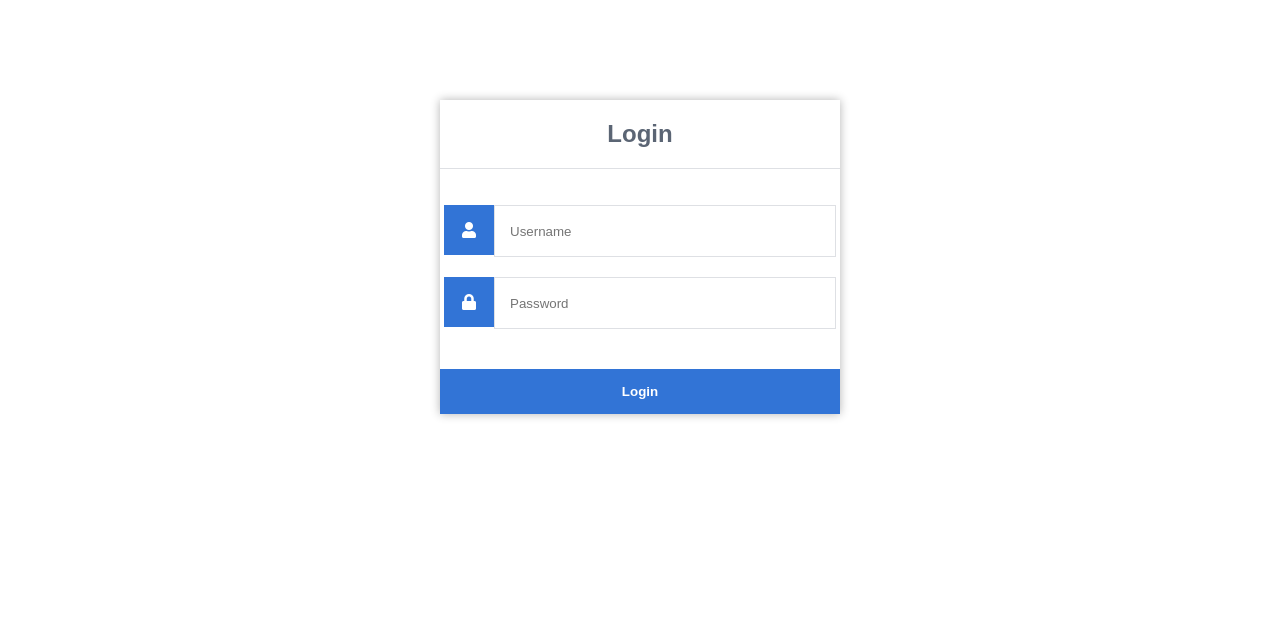
Repository: fab5052/the_district_Site
Page: SignIn.html
An editor plug-in stored every save of this project. The page is shown before and after the next save, followed by the edit.
The browser window is 1280 px wide. The pictures show the whole page.

Above is the page before, as saved 2024-03-20 21:58:26.

### SignIn.html
<!DOCTYPE html>
<html lang="en">
<head>
    <meta charset="UTF-8">
    <meta name="viewport" content="width=device-width, initial-scale=1.0">
    <title>Document</title>

  <!-- Bootstrap core CSS -->


    <link rel="stylesheet" href="https://use.fontawesome.com/releases/v5.7.1/css/all.css">
<link rel="stylesheet" href="assets/css/nav.css">

</head>

<body>

 <!--   <header>



        <nav>

          <a href="index.html" class="nav-icon" aria-label="homepage" aria-current="page">
        <span ><img  class="Logo" src="assets/img/images_the_district/the_district_brand/logo_transparent.png"></img>

          </a>

          <div class="main-navlinks">
            <bouton type="button" class=" toggle " aria-label="Toggle Navigation" aria-expanded="false">
              <span></span>
              <span></span>
              <span></span>

              </button>



          </div>
          <div class="navlinks-container d-flex  ">

            <h3><a class="nav-link " href="index.html" aria-current="page">Accueil</a></h3>
            <h3><a class="nav-link" href="categories.html">Catégories</a></h3>
            <h3><a class="nav-link" href="plat.html">Plats</a></h3>
            <h3><a class="nav-link" href="contact.html">Contact</a></h3>

          </div>





           <!-- <input class="form-control mr-2 width: 65px height: 25px text-left" type="search" placeholder="recherche..."
              aria-label="Search"
              style=" opacity: 0.75; box-shadow: 2px 2px 10px 2px rgba(49, 34, 34, 0.9) inset; border: 1px #403737 solid; border-right: 1px #0f0d0d89 solid; text-align: center; font-size: 20px; font-family: Calibri; letter-spacing: 2px">

            <button class="btn btn-outline-secondary" type="submit"> <svg xmlns="http://www.w3.org/2000/svg" width="16"
                height="16" fill="currentColor" class="bi bi-search" viewBox="0 0 16 16"
                style="transform: translateY(-15%) ">
                <path
                  d="M11.742 10.344a6.5 6.5 0 1 0-1.397 1.398h-.001q.044.06.098.115l3.85 3.85a1 1 0 0 0 1.415-1.414l-3.85-3.85a1 1 0 0 0-.115-.1zM12 6.5a5.5 5.5 0 1 1-11 0 5.5 5.5 0 0 1 11 0" />
              </svg>
            </button>
          </form>--




          <div class="nav-authentication col-2 d-flex   ">
    <div class="shopping mx-0" >
          <a href="#">  <h3><i class="fa fa-shopping-cart red "></i> <span class="badge badge-red">0</span></h3></a>

    </div>
         <div class="sign-btns  ">    <a href="SignIn.html">
     <h3> <img src="assets/img/user.svg" class="user-toggler" aria-label="Sign in page" alt="user icon">

             <i class="fa fa-sign-in" aria-hidden="true"></i></h3></a>
            </div>



              <form  class="search" id="search" action="results.php" method="GET" accept-charset="utf-8">
              <input type="text" name="input" class="input" placeholder="Search" />
              <button type="reset" class="search " id="search-button">
              </form>
            </button>


          </div>




        </nav>
      </header>



      <div class="parallax">



        <main class="main-content">


          <h1 class="pt-4 top-45">
            <i class="neon-red">Créer</i>
            <i class="neon-blue">Compte</i>
          </h1>-->

          <div class="login">
            <h1>Login</h1>
            <form action="authentication.php" method="post">
              <label for="username">
                <i class="fas fa-user"></i>
              </label>
              <input type="text" name="username" placeholder="Username" id="username" required>
              <label for="password">
                <i class="fas fa-lock"></i>
              </label>
              <input type="password" name="password" placeholder="Password" id="password" required>
              <input type="submit" value="Login">
            </form>


          <!--<div id="stage" class="fade-in-forward" style="opacity: 1;"><div>
            <div class="card">
              <header class="mb-8">
                    <h1 id="fxa-enter-email-header" class="card-header">
                      Saisissez votre adresse e-mail
                      <span class="block text-sm font-body font-normal mt-1" id="subheader">
                          <!L10N: For languages structured like English, the phrase can read "to continue to %(serviceName)s" -->
                          <!-- Continuer vers MDN Plus
                      </span>
                    </h1>
              </header>

              <section>
                <div class="error"></div>
                <div class="success"></div>


                <form novalidate="">
                  <div class="tooltip-container">
                    <input name="email" type="email" class="input-text tooltip-below invalid" autofocus="" placeholder="Saisissez votre adresse e-mail" aria-invalid="true" aria-describedby="error-tooltip-1023">
                  <aside id="error-tooltip-1023" class="tooltip tooltip-below fade-up-tt" style="top: 62px;">Adresse e-mail valide requise</aside></div>

                  <div class="flex mt-5">
                    <button id="submit-btn" type="submit" class="cta-primary cta-xl">
                      S’inscrire ou se connecter
                    </button>
                  </div>
                </form>

                  <aside class="third-party-auth">
              <div class="separator">ou</div>

              https://accounts-static.cdn.mozilla.net/images/third_party_auth/37f16dcb.apple_btn_normal.svg <button id="google-login-button" class="button login-button"><span class="google-logo"></span>Continuer avec Google</button>
                <button id="apple-login-button" class="button login-button"><span class="apple-logo"></span>Continuer avec Apple</button>
            </aside>


                <div class="text-xs text-grey-500 mb-0 mt-5">
                      En continuant, vous acceptez les <a class="link-grey" id="fxa-tos" href="/legal/terms">Conditions d’utilisation</a> et la <a class="link-grey" id="fxa-pp" href="/legal/privacy">Politique de confidentialité</a>.
                </div>

              </section>
            </div>
            </div></div>


          <form  id="form1 "  >

    <article class="pad ">

        <div class="inner">
      <div class="list-pad">


        <fieldset>
        <label class="name">
          <input type="text" value="Enter Name:">
          <span class="error">*This is not a valid name.</span> <span class="empty">*This field is required.</span> </label><br>
        <label class="email">
          <input type="email" value="Enter Email:">
          <span class="error">*This is not a valid email address.</span> <span class="empty">*This field is required.</span> </label><br>
        <label class="state notRequired">
          <input type="text" value="Enter Your State:">
          <span class="error">*This is not a valid state name.</span> <span class="empty">*This field is required.</span> </label><br>
        <label class="phone">
          <input type="tel" value="Enter Phone:">
          <span class="error">*This is not a valid phone number.</span> <span class="empty">*This field is required.</span> </label><br>
        <label class="fax">
          <input type="tel" value="Enter Fax:">
          <span class="error">*This is not a valid fax number.</span> <span class="empty">*This field is required.</span> </label><br>
        <label class="message">
          <textarea>Enter Message:</textarea>
          <span class="error">*The message is too short.</span> <span class="empty">*This field is required.</span> </label><br>
        <br class="clear">
        <div class="btns"><a href="#" class="button" data-type="reset">Clear</a><a href="#" class="button" data-type="submit">Submit</a></div>
        </fieldset>
      </form>
</div>
        </div>
      </article>
    </div>





    <script src="toggle.js"></script>
    <script src="script.js"></script>-->



</body>
</html>

Loaded but not shown: assets/css/nav.css (999 lines, source omitted)

After the next save:
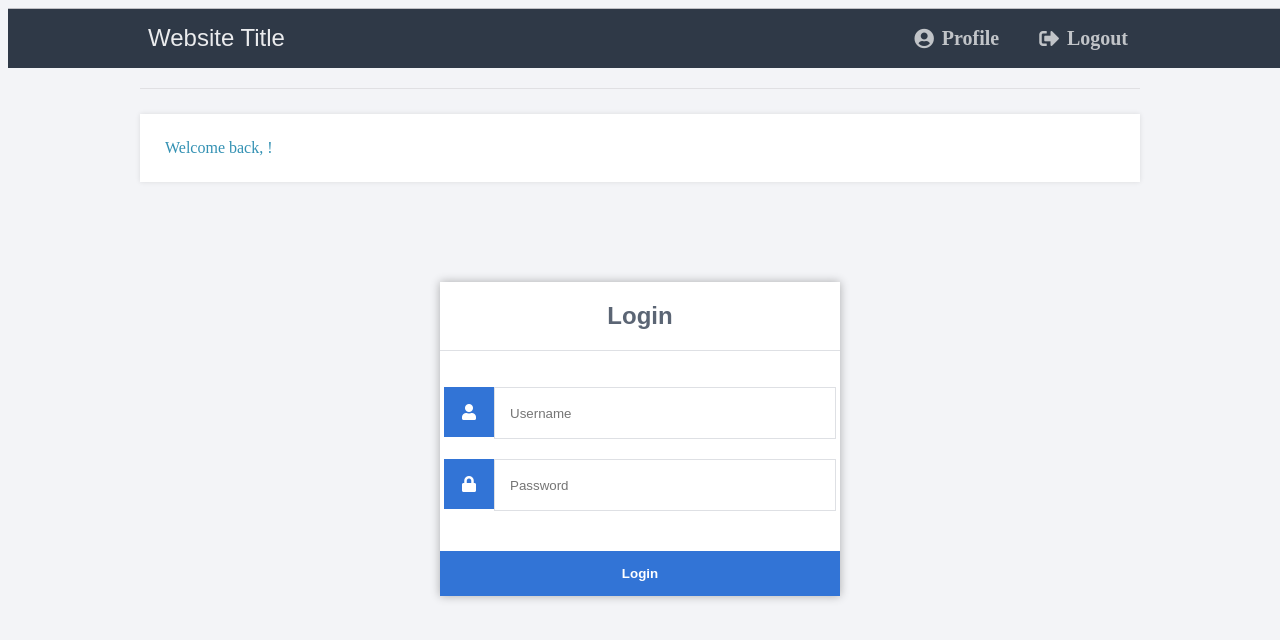
Saved 4 min 33 s later.
--- a/SignIn.html
+++ b/SignIn.html
@@ -107,7 +107,18 @@
             <i class="neon-red">Créer</i>
             <i class="neon-blue">Compte</i>
           </h1>-->
-
+          <body class="loggedin">
+            <nav class="navtop">
+              <div>
+                <h1>Website Title</h1>
+                <a href="profile.php"><i class="fas fa-user-circle"></i>Profile</a>
+                <a href="logout.php"><i class="fas fa-sign-out-alt"></i>Logout</a>
+              </div>
+            </nav>
+            <div class="content">
+              <h2>Home Page</h2>
+              <p>Welcome back, <?=htmlspecialchars($_SESSION['name'], ENT_QUOTES)?>!</p>
+            </div>
           <div class="login">
             <h1>Login</h1>
             <form action="authentication.php" method="post">
